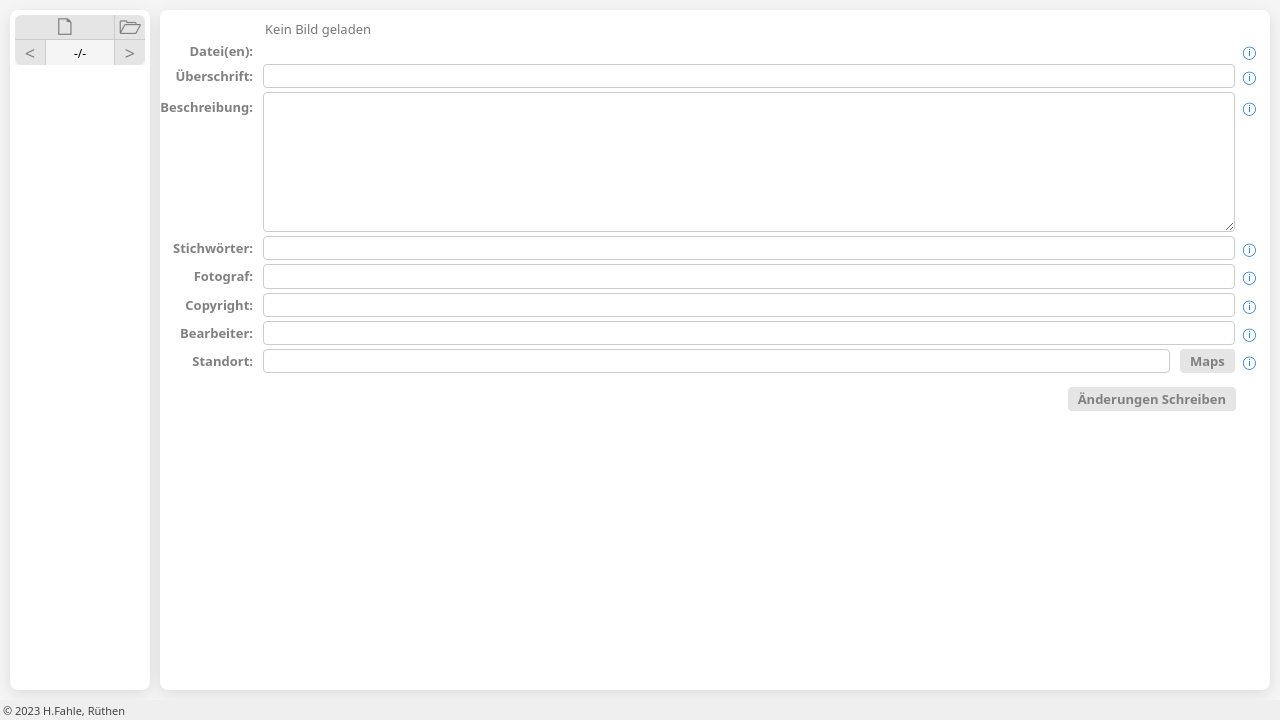
Repository: h-fahle/metadata
Page: ui/index.html
These files come from the project's save history. The page is drawn as it stood at one moment and after the next save; the edit follows.
The browser window is 1280 px wide. The pictures show the whole page.

Above is the page before, as saved 2026-08-28 16:51:16.
Console error: TypeError: Cannot read properties of undefined (reading 'core')

### ui/index.html
<!DOCTYPE html>
<html lang="de">

<head>
	<meta charset="UTF-8">
	<title>Metadaten Editor</title>
	<script src="script.js" defer></script>
	<link rel="stylesheet" href="style.css">
</head>

<body>

	<main id="main-container">

		<!-- Das Vorschaubild links -->
		<aside id="sidebar">

			<div class="split-button-container">
				<div class="main-row">
					<button class="img-select-btn open-files"  data-ordner="false" data-mehrfach="true">
						&#x1F5CB;<div class="tooltip-box">Bilddatei(en) öffnen</div>
					</button>
					<button class="img-select-btn open-folder" data-ordner="true" data-mehrfach="false">
						&#x1F5C1;<div class="tooltip-box">Ordner öffnen</div>
					</button>
				</div>
				<div class="pager-row">
					<button class="pager-btn prev-btn" data-schritt="-1">&lt;</button>
					<div id="img-nummer" class="pager-display">-/-</div>
					<button class="pager-btn next-btn" data-schritt="1"">&gt;</button>
				</div>
			</div>

			<img id="vorschau-bild" src="" style="display:none;" />
			<div id="bild-info" style="text-align:center;">
				<span id="img-datum"></span><br>
				<span id="img-groesse"></span>
			</div>
		</aside>

		<!-- Das Formular rechts -->
		<section id="form-container">

			<div id="ordner-pfad">Kein Bild geladen</div>

			<div class="form-row">
				<label for="filename">Datei(en):</label>
				<div id="dynamischerBereich" style="width: 100%;">
					<!-- Input- / oder Select-Element -->
				</div>
				<div class="tooltip-container">
					<span class="info-icon">ⓘ</span>
					<div class="tooltip-box">Im Einzelmodus: Änderung des Dateinamens bewirkt Umbenennung der Datei.
						Im Stapelmodus: Dateinamen sind nicht änderbar.!
					</div>
				</div>
			</div>

			<div class="form-row">
				<label for="caption">Überschrift:</label>
				<input type="text" id="caption" name="caption" />
				<div class="tooltip-container">
					<span class="info-icon">ⓘ</span>
					<div class="tooltip-box">Auch: (Dokument-)Titel, Schlagzeile, Headline
					</div>
				</div>
			</div>

			<div class="form-row form-row-top">
				<label for="description">Beschreibung:</label>
				<textarea id="description" name="description"></textarea>
				<div class="tooltip-container">
					<span class="info-icon">ⓘ</span>
					<div class="tooltip-box">Beschreibender Text in beliebiger Länge.
						(Im Stapelmodus wird der eingegebene Text
						&nbsp;&nbsp; an vorhandenen angehängt.)
						Hinweis: Einige Programme zeigen nur 2.000 Zeichen
						&nbsp;&nbsp; oder auch weniger an.
					</div>
				</div>
			</div>

			<div class="form-row">
				<label for="keywords">Stichwörter:</label>
				<input type="text" id="keywords" name="keywords" />
				<div class="tooltip-container">
					<span class="info-icon">ⓘ</span>
					<div class="tooltip-box">Komma-separierte Liste. Groß-/Kleinschreibung beachten.
						Im Stapelmodus werden die eingegebenen Stichwörter
						&nbsp;&nbsp; an vorhandene angehängt.
					</div>
				</div>
			</div>

			<div class="form-row">
				<label for="creator">Fotograf:</label>
				<input type="text" id="creator" name="creator" />
				<div class="tooltip-container">
					<span class="info-icon">ⓘ</span>
					<div class="tooltip-box">Urheber, Ersteller, Autor
						(Tags: Artitst, Creator, By-line)
					</div>
				</div>
			</div>

			<div class="form-row">
				<label for="copyright">Copyright:</label>
				<input type="text" id="copyright" name="copyright" />
				<div class="tooltip-container">
					<span class="info-icon">ⓘ</span>
					<div class="tooltip-box">Urheberrechtshinweis; enthält in der Regel:
						Name des Fotografen, Aufnahmejahr und Nutzungsrechte;
						(z.B. 'Copyright [1975] [Mustermann], Alle Rechte vorbehalten')
					</div>
				</div>
			</div>

			<div class="form-row">
				<label for="editor">Bearbeiter:</label>
				<input type="text" id="editor" name="editor" />
				<div class="tooltip-container">
					<span class="info-icon">ⓘ</span>
					<div class="tooltip-box">Verfasser der Metadaten
						(Tags: Caption Writer, Writer Editor)
					</div>
				</div>
			</div>

			<div class="form-row">
				<label for="position">Standort:</label>
				<input type="text" id="position" name="position" />
				<button type="button" class="maps-trigger-btn">Maps</button>
				<div class="tooltip-container">
					<span class="info-icon">ⓘ</span>
					<div class="tooltip-box">GPS-Koordinaten in Dezimalgrad (z.B.: 51.49129, 8.43317).
						Ermitteln der Koordinaten in der Google Maps-Karte:
						&nbsp; 1. mit rechter Maustaste auf den Standort klicken,
						&nbsp; 2. auf die angezeigten Koordinaten klicken,
						&nbsp; 3. der so gespeicherte Wert kann mit Strg+V
						&nbsp;&nbsp;&nbsp;&nbsp;&nbsp;&nbsp; hier eingefügt werden.
					</div>
				</div>
			</div>

			<!-- Button-Leiste -->
			<div class="button-group">
				<button type="button" id="btn-exif-schreiben">Änderungen Schreiben</button>
			</div>

		</section> <!-- Ende der form-containers-->
	</main> <!-- Ende des main-containers -->

	<footer id="statusleiste">
		<div id="status-text">
			© 2023 H.Fahle, Rüthen<br>
			Dieses Programm ist freie Software unter den Bedingungen der GNU GPLv3.<br>
			Es wird OHNE JEDE GARANTIE zur Verfügung gestellt.
		</div>
	</footer>


</body>

</html>

### ui/style.css
:root {
	--app-font: system-ui, -apple-system, "Segoe UI", Roboto, Helvetica, Arial, sans-serif;
	--app-font-size: 13px;
}

/* 1. Das App-Fenster exakt auf 100% fixieren (kein äußeres Scrollen) */
html, body {
	margin: 0;
	padding: 0;
	height: 100vh;
	width: 100vw;
	overflow: hidden; /* Verhindert jegliche äußere Scrollbalken */
	background: #f5f5f5;
	display: flex;
	flex-direction: column; /* Hauptinhalt oben, Statusleiste unten */
	font-family: var(--app-font);
	font-size: var(--app-font-size);
}

input,
textarea,
button,
selectx {
	font-family: var(--app-font) !important;
	font-size: var(--app-font-size) !important;
}

/* Allumfassender Box-Sizing-Fix für die gesamte App */
*, *::before, *::after {
	box-sizing: border-box;
}

/* 2. Der Hauptbereich füllt den gesamten oberen Platz aus --------------------------- */
#main-container {
	flex: 1;
	display: flex;
	flex-direction: row; /* Elemente nebeneinander */
	gap: 10px;
	padding: 10px;
	overflow: hidden; /* Verhindert, dass Riesen-Inhalte das Fenster sprengen */
}

/* 3. LINKS: Die Sidebar mit fester Breite */
#sidebar {
	width: 140px;
	min-width: 140px; /* Lässt die Sidebar niemals schrumpfen */
	background-color: #ffffff;
	border-radius: 8px;
	padding: 5px;
	box-shadow: 0 4px 15px rgba(0, 0, 0, 0.1);
}

#vorschau-bild {
	max-width: 130px;
	margin: 15px auto;
	height: auto;
}

/* 4. RECHTS: Das Formular nimmt den gesamten Rest ein und wächst mit */
#form-container {
	flex: 1; /* Nimmt 100% des restlichen Platzes ein */
	min-width: 0; /* Erlaubt Flexbox, die Box bei Bedarf zu verkleinern */
	background-color: #ffffff;
	border-radius: 8px;
	padding: 10px;
	display: flex;
	flex-direction: column;
	gap: 4px;
	box-shadow: 0 4px 15px rgba(0, 0, 0, 0.1);
}

#ordner-pfad {
	margin-left: 95px !important;
	color: #777777;
}

/* Jede Zeile wird zu einer horizontalen Flexbox */
.form-row {
	display: flex !important;
	flex-direction: row;
	align-items: center; /* Richtet Label und Input vertikal mittig zueinander aus */
	gap: 10px;           /* Abstand zwischen Label und Input */
	width: 100%;
}

/* Die Labels bekommen eine feste Breite, damit alle Inputs sauber untereinander starten */
.form-row label {
	width: 95px;         /* Breite je nach längstem Label-Text anpassen */
	min-width: 95px;     /* Verhindert, dass das Label zusammengedrückt wird */
	text-align: right;   /* Optional: Richtet den Text rechtsbündig zum Input aus */
	color: gray;
	font-weight: bold;
	margin-left: -12px;
}

/* Die Eingabefelder füllen jetzt den gesamten restlichen Platz der Zeile aus */
.form-row input,
.form-row textarea {
	flex: 1;             /* Zwingt das Input-Feld, den Rest der Zeile einzunehmen */
	width: 100%;
	min-width: 0;        /* Erlaubt dem Input, bei sehr kleinen Fenstern stabil zu schrumpfen */
	border: 1px solid #ccc;
	border-radius: 4px;
	padding: 2px 4px;
	line-height: 1.4;
	-webkit-font-smoothing: antialiased;
	outline: none;
}
input#filename {
	font-weight: bold;
}


.form-row select {
  /* 1. Setzt das native Design auf ALLEN Plattformen zurück */
  -webkit-appearance: none; /* Für Chrome, Safari, WebKitGTK, Edge, Opera */
  -moz-appearance: none;    /* Für Firefox */
  appearance: none;         /* Der moderne, offizielle W3C-Standard */

  /* 2. Plattformübergreifender Text-Fix für Unterlängen (g, j, y) */
  line-height: 1.4;           /* 1.5 bietet genug Puffer für Linux- & Windows-Fonts */
  padding: 2px; /* Rechts Platz für den eigenen Pfeil */
  width: 100%;
  height: 24px;

  /* 3. Textglättung für macOS, Windows und Linux */
  -webkit-font-smoothing: antialiased;
  -moz-osx-font-smoothing: grayscale;

  /* 4. tandard-Design für die Box */
  background-color: #ececec;
  border: 1px solid #ccc;
  border-radius: 4px;
  box-sizing: border-box;    /* Verhindert Layout-Verschiebungen */
  outline: none;
  color: gray;
}

.form-row textarea {
	min-height: 140px;
}
.form-row input:focus-visible,
.form-row textarea:focus-visible {
	outline: 2px solid gray;
}

/* Ändert die Ausrichtung für die Textarea-Zeile nach oben */
.form-row-top {
	align-items: flex-start !important; /* Richtet Label, Textarea und Icon oben aus */
}
.form-row-top label,
.form-row-top .tooltip-container {
	padding-top: 6px; /* Verhindert, dass das Label zu weit oben klebt */
}


/* 5. UNTEN: Die Statusleiste mit fixer Höhe und eigenem Scrollbalken */
#statusleiste {
	height: 20px;  /* Feste Höhe für ca. 2 Zeilen Text */
	min-height: 20px;
	background-color: #efefef;
	font-size: 11px;
	color: #444;
	padding: 3px;
	overflow-y: auto;  /* Vertikaler Scrollbalken erscheint NUR bei Bedarf */
	overflow-x: hidden;  /* Verhindert horizontales Scrollen in der Statusleiste */
	-webkit-font-smoothing: antialiased;
}


/* Bedien-Elemente -------------------------------------------- */
button {
	padding: 3px 10px;
	font-weight: bold;
	cursor: pointer;
	border: none;
	background-color:#e5e5e5;
	color: gray;
}
button:hover {
	background-color: gray;
	color: white;
}
.button-group button,
.form-row button {
	border-radius: 4px;
}

	/* ------------------------------------------------------------------------------ */
	/* Container hält die Steuer-Buttons zusammen */
	.split-button-container {
	  display: inline-flex;
	  flex-direction: column;
	  position: relative;
	  font-family: system-ui, -apple-system, sans-serif;
	  width:130px;
	}

	/* Obere Reihe */
	.main-row {
	  height: 25px;
	  display: flex;
	  border-bottom: 1px solid #ccc; /* Trennlinie zur zweiten Reihe */
	}

	/* Untere Reihe */
	.pager-row {
	  height: 25px;
	  display: flex;
	  align-items: center;
	  background-color: #f5f5f5;
	}

	/* Gemeinsames Design für die Button-Teile */
	.open-files,
	.open-folder,
	.prev-btn,
	.next-btn {
	  font-size: 18px  !important;
	  padding: 0;
	  cursor: pointer;
	  transition: background-color 0.2s;
	}
	.prev-btn,
	.next-btn {
		font-weight: normal;
	}

	/* Hauptbutton oben links */
	.open-files {
	  width: 100%;
	  border-top-left-radius: 6px;
	  border-right: 1px solid #ccc
	}

	/* Pfeilbutton oben rechts */
	.open-folder {
	  width: 30%;
	  border-top-right-radius: 6px;
	}

	/* Blätter-Buttons unten links und rechts */
	.pager-btn {
	  width: 30px;
	  height: 100%;
	  display: flex;
	  align-items: center;
	  justify-content: center;
	  transition: background-color 0.2s;
	}
	.prev-btn {
		border-bottom-left-radius: 6px;
	}
	.next-btn {
		border-bottom-right-radius: 6px;
	}

	.pager-display {
	  height: 100%;
	  flex-grow: 1; /* Nimmt den gesamten Platz in der Mitte ein */
	  text-align: center;
	  font-size: 12px;
	  padding: 5px 0;
	  border-left: 1px solid #ccc;
	  border-right: 1px solid #ccc;
	  user-select: none; /* Verhindert versehentliches Markieren beim Klicken */
	}



/* Der Absendeknopf richtet sich nach den Eingabefeldern aus */
.button-group {
	display: flex;
	justify-content: flex-end;
	margin: 10px 24px 0 0;
}

.button-group button {
	margin-left: 5px;
}


/* Tooltip ---------------------------------------------------------- */

/* Container für das Icon und die Box */
.tooltip-container {
	position: relative; /* Wichtig, damit sich die Box am Icon ausrichtet */
	display: inline-flex;
	align-items: center;
	cursor: help;       /* Zeigt das Fragezeichen/Hilfe-Symbol als Mauszeiger */
	margin-left: -6px;
}

/* Das Info-Icon selbst */
.info-icon {
	color: #0066cc;     /* Schönes Info-Blau */
	padding: 0 4px;
	font-size: 13px;
}

.tooltip-box {
	display: none;
	position: fixed;

	width: max-content;
	max-width: 400px;      /* Verhindert, dass der Tooltip bei sehr viel Text das Fenster sprengt */
	white-space: pre-line;

	background-color: lightyellow;
	color: black;
	border: 1px solid gray;
	padding: 2px 4px;
	border-radius: 6px;
	font-size: 11px;
	line-height: 1.4;
	box-shadow: 0 4px 10px rgba(0, 0, 0, 0.2);
	z-index: 1001;   /* Über der Statusleiste (1000), falls sie sich überschneiden */

  	/* Verschiebt den Tooltip komplett nach links,
     sodass seine rechte Kante am Cursor sitzt */
 	transform: translate(-100%, 40%);  */

	/* Animation & Verstecken */
	transition: opacity 0.2s ease-in-out, visibility 0.2s;
	pointer-events: none; /* Verhindert, dass die Box beim unabsichtlichen Drüberfahren flackert */
}

/* Zeige den Tooltip nur, wenn die Maus über dem Container ist */
.tooltip-container:hover .tooltip-box {
  display: block;
}
.img-select-btn:hover .tooltip-box {
	transform: none;
	font-weight: normal;
	display: block;
}

Loaded but not shown: ui/script.js (497 lines, source omitted)

After the next save:
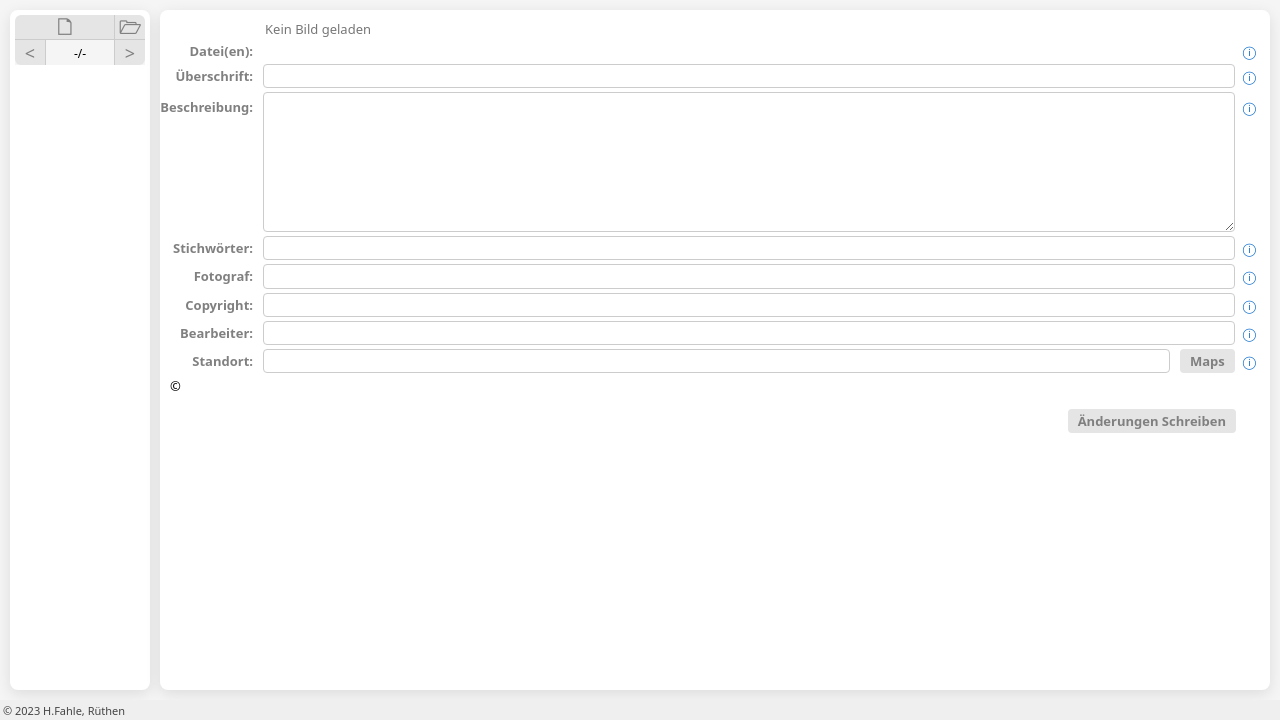
Saved 3 min 9 s later.
--- a/ui/index.html
+++ b/ui/index.html
@@ -143,6 +143,7 @@
 			</div>
 
 			<!-- Button-Leiste -->
+			<div>©</div>
 			<div class="button-group">
 				<button type="button" id="btn-exif-schreiben">Änderungen Schreiben</button>
 			</div>

After the save that followed:
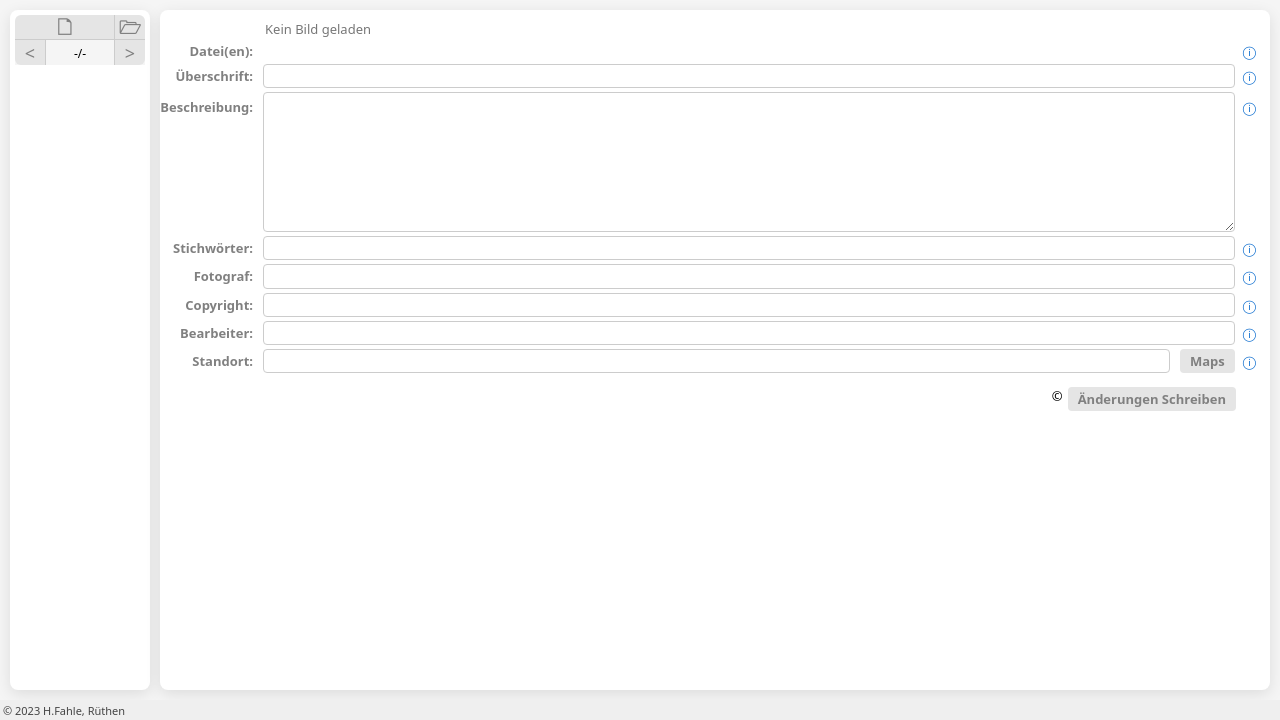
Saved 60 s later.
--- a/ui/index.html
+++ b/ui/index.html
@@ -143,8 +143,8 @@
 			</div>
 
 			<!-- Button-Leiste -->
-			<div>©</div>
 			<div class="button-group">
+				<div>©</div>
 				<button type="button" id="btn-exif-schreiben">Änderungen Schreiben</button>
 			</div>
 
